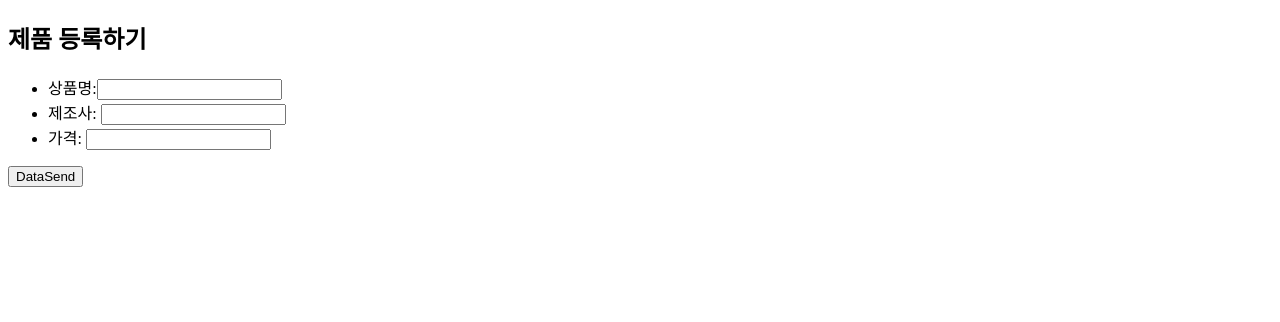
Repository: hamham1210/JavaStudy
Page: http://localhost/workshop01/form.jsp
An editor plug-in stored every save of this project. The page is shown before and after the next save, followed by the edit.
The browser window is 1280 px wide. The pictures show the whole page.
The page is served by Tomcat 9. Nobody is signed in. The application's start-up code is not run. Other server files are loaded and not shown.

Above is the page before, as saved 2024-10-02 09:00:07.

### workshop01/src/main/webapp/form.jsp
<%@ page language="java" contentType="text/html; charset=UTF-8"
	pageEncoding="UTF-8"%>
<!DOCTYPE html>
<html>
<head>
<meta charset="UTF-8">
<title>Insert title here</title>
</head>
<body>
<h2>제품 등록하기</h2>
	<form action="insert.do" method="post">
				<ul>
			<li>상품명:<input type="text" id="name" name="name"></li>
			<li>제조사: <input type="text" id="maker" name="maker"></li>
			<li>가격:  <input type="text" id="price" name="price"> </li>
		</ul>
			<input type="submit" value="DataSend">
	</form>
</body>
</html>

After the next save:
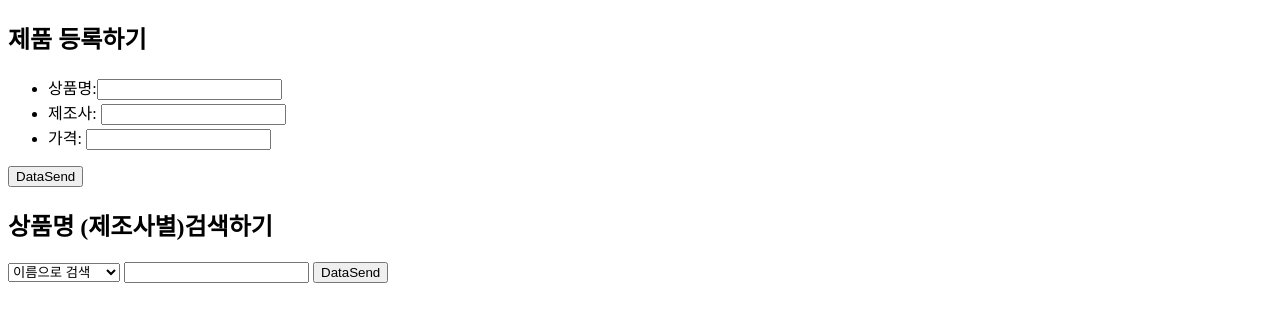
Saved 4 min 30 s later.
--- a/workshop01/src/main/webapp/form.jsp
+++ b/workshop01/src/main/webapp/form.jsp
@@ -16,5 +16,16 @@
 		</ul>
 			<input type="submit" value="DataSend">
 	</form>
+
+<h2>상품명 (제조사별)검색하기</h2>
+	<form action="search.do" method="post">
+		<select >
+		<option id="name" name="name">이름으로 검색</option>
+		<option id="maker" name="maker">상품명으로 검색</option>
+		<option >전체검색</option>
+		</select>
+		<input type="text" id="select">
+			<input type="submit" value="DataSend">
+	</form>
 </body>
 </html>
